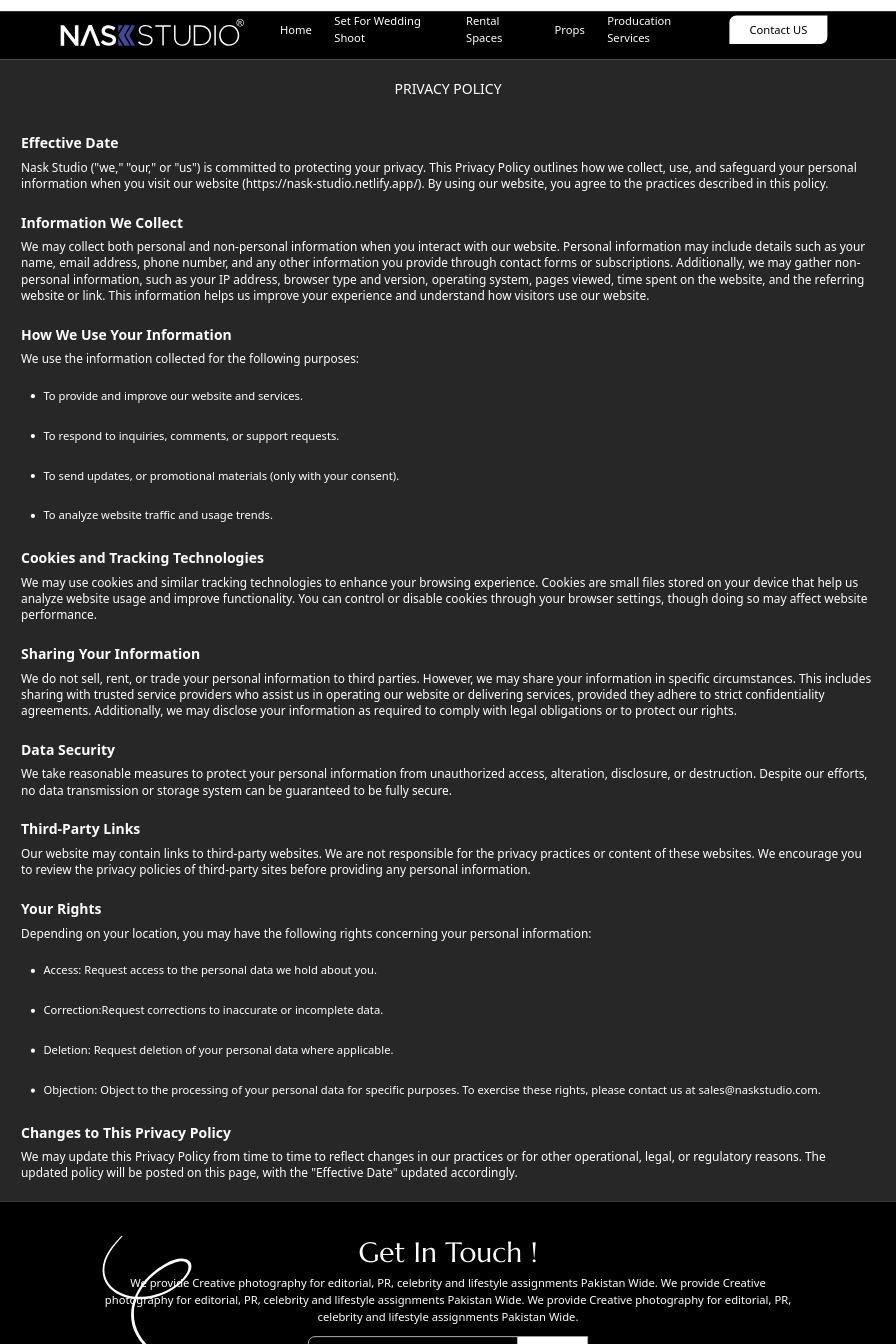
Repository: sagheerNaskSoft/nask-studio-sec-phase
Page: /privacy
An editor plug-in stored every save of this project. The page is shown before and after the next save, followed by the edit.
The browser window is 1280 px wide. The pictures show the part of the page from y = 0 to 1920 px (the page is 2481 px tall before and 2568 px after), at 70% of full size.
The project was rebuilt for these pictures with package versions that can differ from the ones it lists, and the page was loaded fresh each time. Also part of the build but not shown: src/Component/HomePage/Banner.js, src/Component/HomePage/ShootSection.js, src/Component/HomePage/SerivceSetion.js, src/Pages/Home.js, src/Pages/About.js, src/Component/WeddingSets/Banner.js, src/Component/WeddingSets/StudioSection.js, src/Pages/WeddingSets.js and 16 more.

Above is the page before, as saved 2025-02-03 21:51:59.

After the next save:
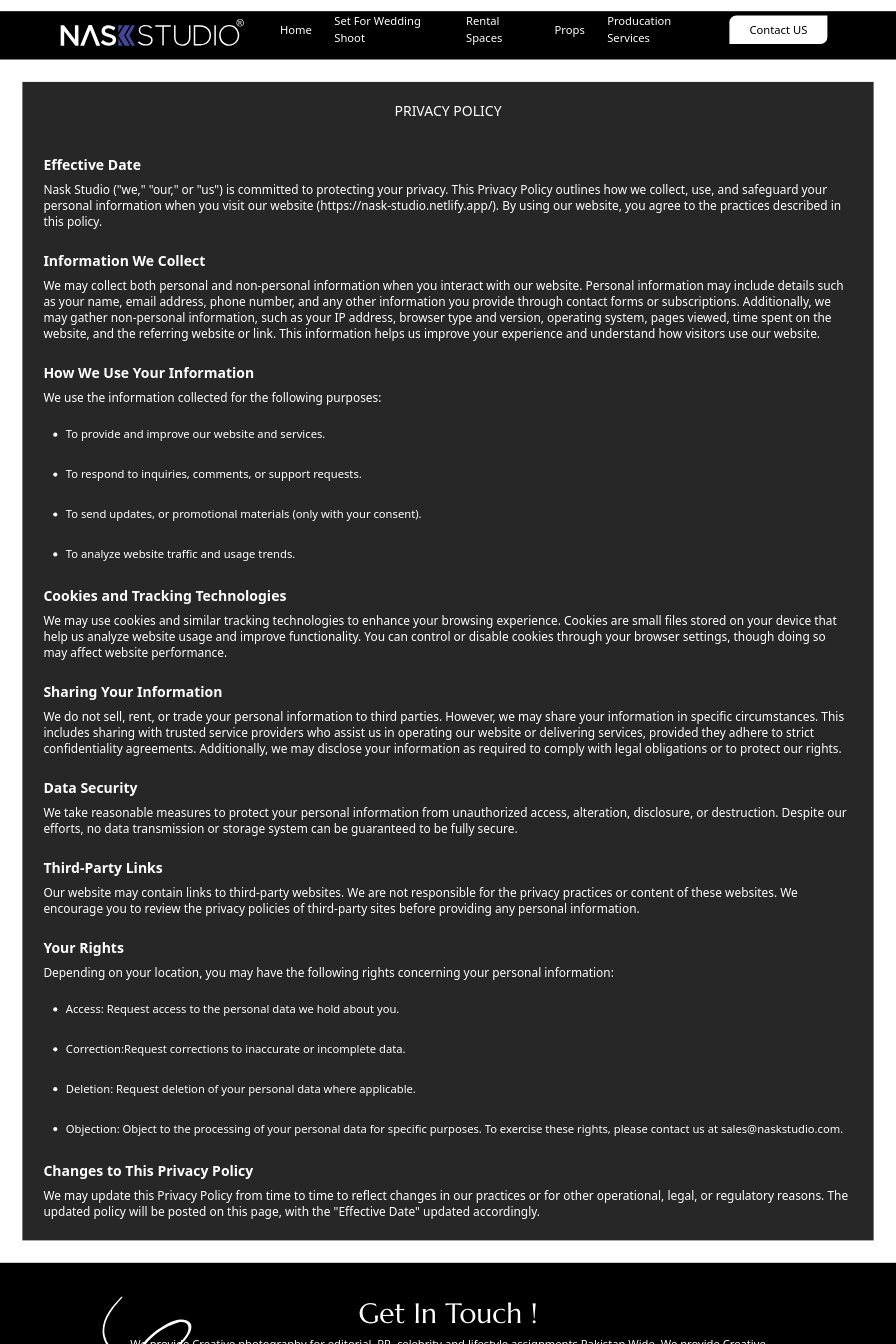
Saved 13 s later.
--- a/src/App.css
+++ b/src/App.css
@@ -828,7 +828,7 @@ body {
 
 .Privace {
   padding: 30px;
-  /* margin: 2rem; */
+  margin: 2rem;
   background-color: rgba(0, 0, 0, 0.849);
   color: white;
 }
